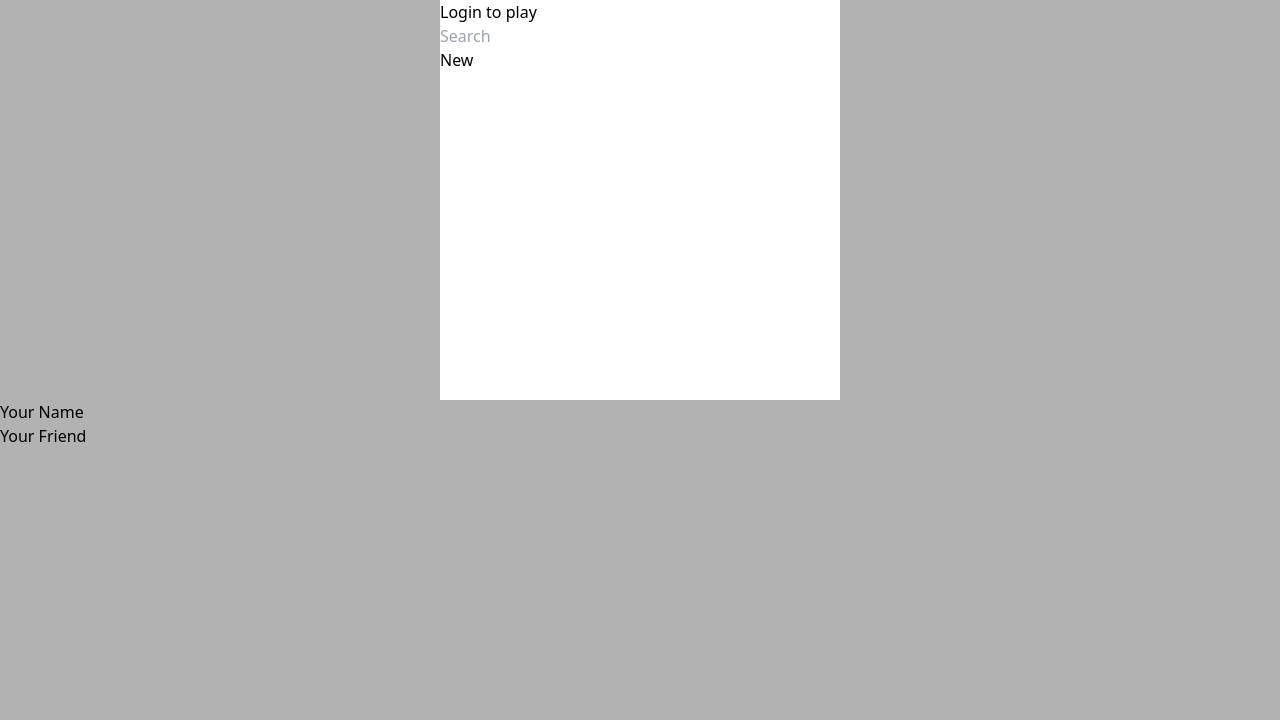
Repository: Teddy1705/demo_pj
Page: /
An editor plug-in stored every save of this project. The page is shown before and after the next save, followed by the edit.
The browser window is 1280 px wide. The pictures show the whole page.
The project was rebuilt for these pictures with package versions that can differ from the ones it lists, and the page was loaded fresh each time. Also part of the build but not shown: vite.config.js.

Above is the page before, as saved 2024-04-16 08:52:26.

After the next save:
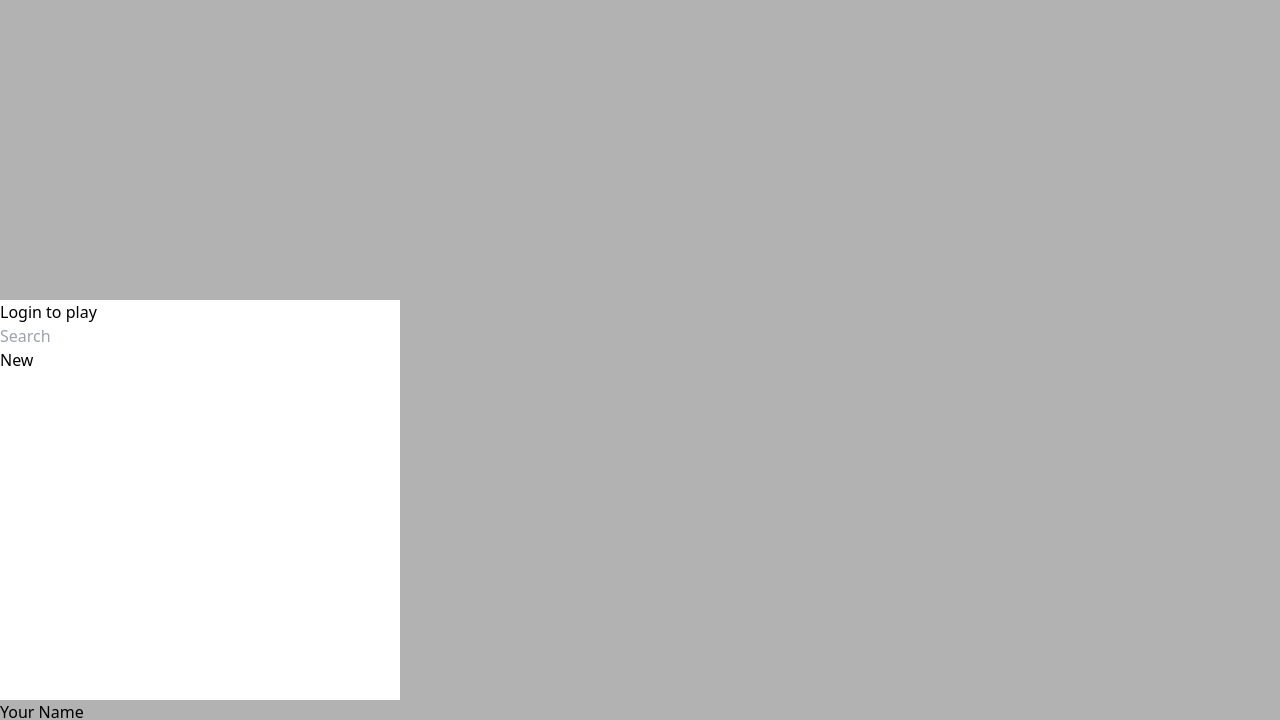
Saved 45 s later.
--- a/src/index.css
+++ b/src/index.css
@@ -578,7 +578,7 @@ video {
 #modal .modal__body {
   position: relative;
   background-color: var(--white-color);
-  margin: auto;
+  margin-top: 300px;
   width: 400px;
   height: 400px;
 }
